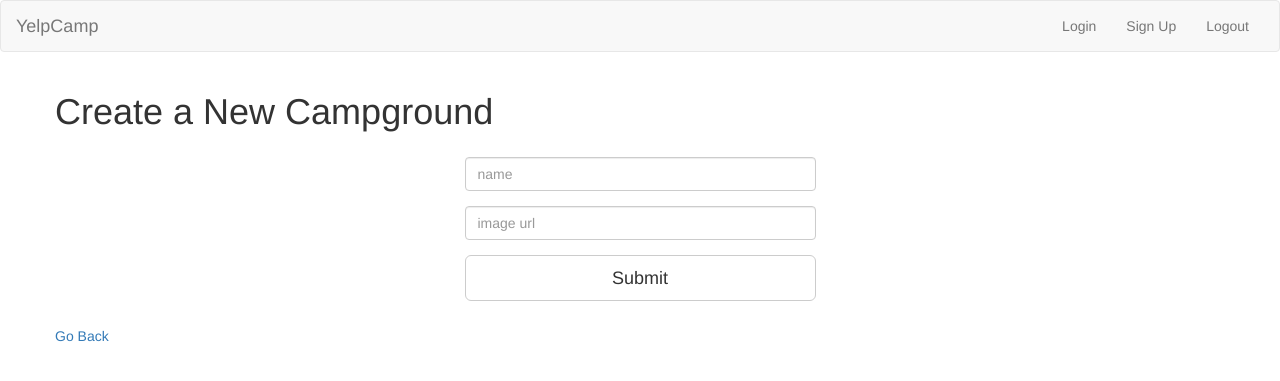
Repository: iceljc/web-development
Page: http://localhost/campgrounds/new
The author's editor kept a record of every edit. The page is drawn from the files as they stood at one moment, then again after the next edit.
The browser window is 1280 px wide. The pictures show the whole page.
The page is served by the project's Node server (YelpCamp/v1/app.js).

Above is the page before.

### YelpCamp/v1/views/new.ejs
<% include partials/header %>

<div class="container">
    <div class="row">
        <h1>Create a New Campground</h1>
        <div style="width: 30%; margin: 25px auto;">
            <form action="/campgrounds" method="POST">
                <div class="form-group">
                    <input class="form-control" type="text" name="name" placeholder="name">
                </div>
                <div class="form-group">
                    <input class="form-control" type="text" name="image" placeholder="image url">
                </div>
                <div class="form-group">
                    <button class="btn btn-lg btn-default btn-block">Submit</button>
                </div>
            </form>
        </div>

        <a href="/campgrounds">Go Back</a>
    </div>
</div>



<% include partials/footer %>

### YelpCamp/v1/views/partials/header.ejs
<!DOCTYPE html>
<html>
    <head>
        <title>YelpCamp</title>
        <link rel="stylesheet" href="https://maxcdn.bootstrapcdn.com/bootstrap/3.3.5/css/bootstrap.min.css">
    </head>
    <body>
    <nav class="navbar navbar-default">
        <div class="container-fluid">
            <div class="navbar-header">
                <a class="navbar-brand" href="/">YelpCamp</a>
            </div>
            <div class="collapse navbar-collapse">
                <ul class="nav navbar-nav navbar-right">
                    <li><a href="/">Login</a></li>
                    <li><a href="/">Sign Up</a></li>
                    <li><a href="/">Logout</a></li>
                </ul>
            </div>
        </div>
    </nav>

### YelpCamp/v1/app.js
var express = require("express");
var app = express();
var bodyParser = require("body-parser");

app.use(bodyParser.urlencoded({extended: true}));
app.set("view engine", "ejs");


var campgrounds = [
        {name: "Salmon Creek", image: "https://farm9.staticflickr.com/8442/7962474612_bf2baf67c0.jpg"},
        {name: "Granite Hill", image: "https://farm1.staticflickr.com/60/215827008_6489cd30c3.jpg"},
        {name: "Mountain Goat's Rest", image: "https://farm7.staticflickr.com/6057/6234565071_4d20668bbd.jpg"},
        {name: "Salmon Creek", image: "https://farm9.staticflickr.com/8442/7962474612_bf2baf67c0.jpg"},
        {name: "Granite Hill", image: "https://farm1.staticflickr.com/60/215827008_6489cd30c3.jpg"},
        {name: "Mountain Goat's Rest", image: "https://farm7.staticflickr.com/6057/6234565071_4d20668bbd.jpg"},
        {name: "Salmon Creek", image: "https://farm9.staticflickr.com/8442/7962474612_bf2baf67c0.jpg"},
        {name: "Granite Hill", image: "https://farm1.staticflickr.com/60/215827008_6489cd30c3.jpg"},
        {name: "Mountain Goat's Rest", image: "https://farm7.staticflickr.com/6057/6234565071_4d20668bbd.jpg"}
    ];



app.get("/", function(req, res){
    res.render("landing");
});


app.get("/campgrounds", function(req, res){
    res.render("campgrounds", {campgrounds:campgrounds});
});


app.get("/campgrounds/new", function(req, res){
    res.render("new");
});


app.post("/campgrounds", function(req, res){
    // get data from form and add to campgrounds array
    var name = req.body.name;
    var image = req.body.image;
    var newCampground = {name: name, image: image};
    campgrounds.push(newCampground);
    //redirect back to campgrounds page
    res.redirect("/campgrounds");
});


app.listen(process.env.PORT, process.env.IP, function(){
   console.log("The YelpCamp Server Has Started!");
});

Loaded but not shown: YelpCamp/v1/views/partials/footer.ejs (common file)

After the next edit:
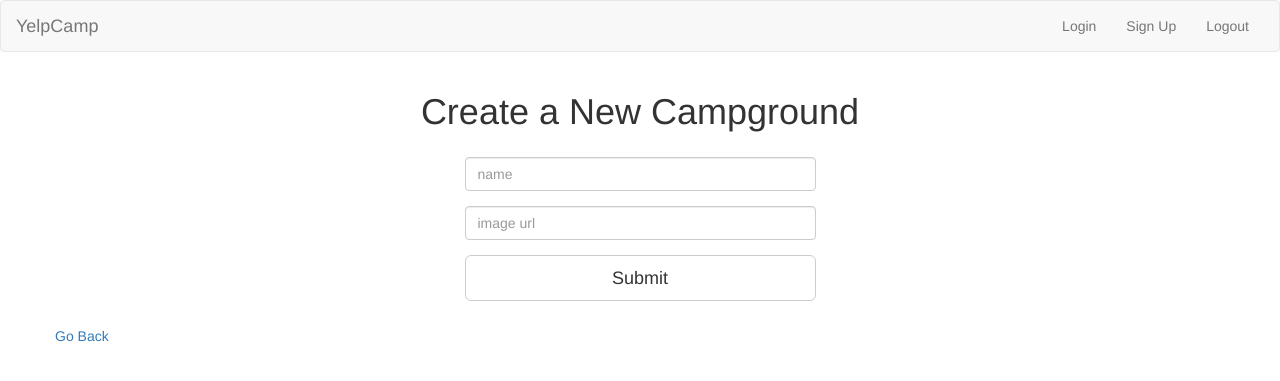
The edit:
--- a/YelpCamp/v1/views/new.ejs
+++ b/YelpCamp/v1/views/new.ejs
@@ -2,7 +2,7 @@
 
 <div class="container">
     <div class="row">
-        <h1>Create a New Campground</h1>
+        <h1 style="text-align: center">Create a New Campground</h1>
         <div style="width: 30%; margin: 25px auto;">
             <form action="/campgrounds" method="POST">
                 <div class="form-group">
